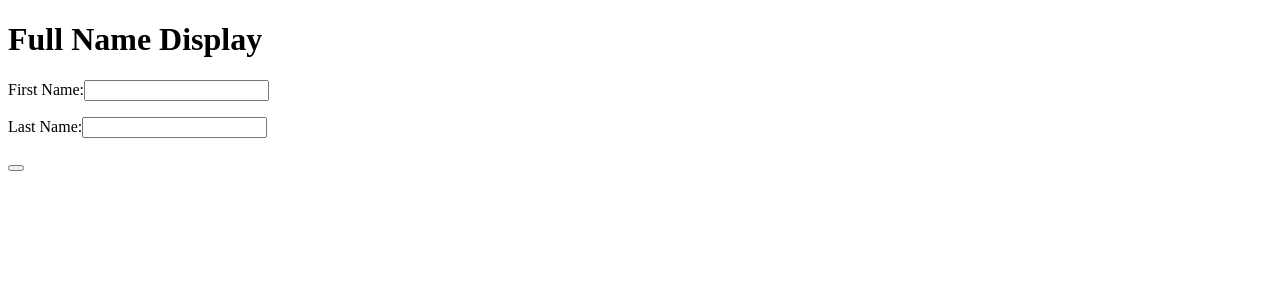
Repository: rajratangm/NameForm
Page: / (app in nameform/)
The author's editor kept a copy of each file at every save. The page is drawn from the files as they stood at one save, then again after the next save.
The browser window is 1280 px wide. The pictures show the whole page.
The project was rebuilt for these pictures with package versions that can differ from the ones it lists, and the page was loaded fresh each time. Also part of the build but not shown: nameform/vite.config.js.

Above is the page before, as saved 2024-04-02 16:26:19.

### nameform/src/App.jsx
import { useState } from 'react'
import reactLogo from './assets/react.svg'
import viteLogo from '/vite.svg'
// import './App.css'

function App() {
  const [count, setCount] = useState(0)

  return (
    <>
    <h1>Full Name Display</h1>
    <p>First Name:<input></input></p>
    <p>Last Name:<input></input></p>
    <button></button>



    </>
  )
}

export default App

Loaded but not shown: nameform/index.html (common file); nameform/src/main.jsx (common file)

After the next save:
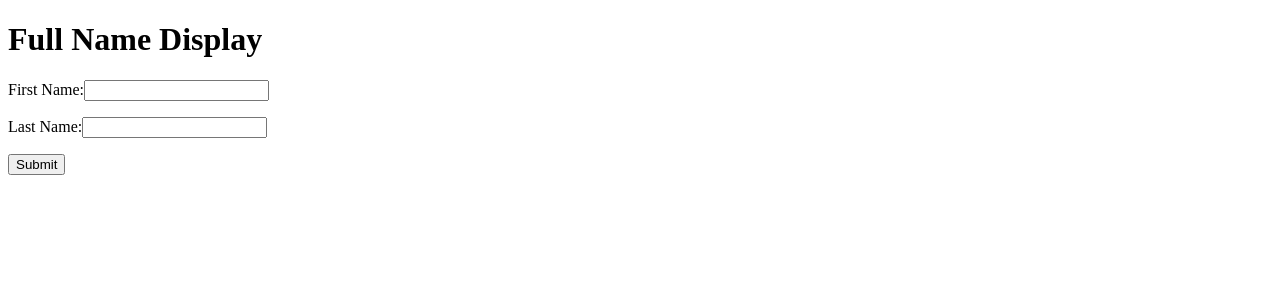
Saved 4 s later.
--- a/nameform/src/App.jsx
+++ b/nameform/src/App.jsx
@@ -11,7 +11,7 @@ function App() {
     <h1>Full Name Display</h1>
     <p>First Name:<input></input></p>
     <p>Last Name:<input></input></p>
-    <button></button>
+    <button>Submit</button>
 
 
 
